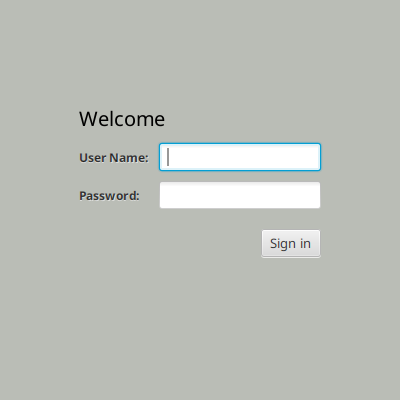
Repository: abdalimran/Java_Practices
Program's window: java JavaFX/01_JFX_Form/src/application/Main.java
The author's editor kept a copy of each file at every save. The program's window is drawn from the files as they stood at one save, then again after the next save.
It runs on Java 21 on a 1366 x 768 screen with JavaFX 11; the title bar is not drawn.

Above is the program's window before, as saved 2015-09-08 19:39:12.

### JavaFX/01_JFX_Form/src/application/Main.java
package application;

import javafx.application.Application;
import javafx.event.ActionEvent;
import javafx.event.EventHandler;
import javafx.geometry.Insets;
import javafx.geometry.Pos;
import javafx.stage.Stage;
import javafx.scene.Scene;
import javafx.scene.control.Button;
import javafx.scene.control.Label;
import javafx.scene.control.PasswordField;
import javafx.scene.control.TextField;
import javafx.scene.layout.GridPane;
import javafx.scene.layout.HBox;
import javafx.scene.paint.Color;
import javafx.scene.text.Font;
import javafx.scene.text.FontWeight;
import javafx.scene.text.Text;


public class Main extends Application
{
	@Override
	public void start(Stage primaryStage)
	{
		GridPane grid = new GridPane();
		grid.setAlignment(Pos.CENTER);
		grid.setHgap(10);
		grid.setVgap(10);
		grid.setPadding(new Insets(25, 25, 25, 25));

		Text scenetitle = new Text("Welcome");
		scenetitle.setFont(Font.font("Consolas", FontWeight.NORMAL, 20));
		grid.add(scenetitle, 0, 0, 2, 1);

		Label userName = new Label("User Name:");
		grid.add(userName, 0, 1);

		TextField userTextField = new TextField();
		grid.add(userTextField, 1, 1);

		Label pw = new Label("Password:");
		grid.add(pw, 0, 2);

		PasswordField pwBox = new PasswordField();
		grid.add(pwBox, 1, 2);

		Button btn = new Button("Sign in");
		HBox hbBtn = new HBox(10);
		hbBtn.setAlignment(Pos.BOTTOM_RIGHT);
		hbBtn.getChildren().add(btn);
		grid.add(hbBtn, 1, 4);

		final Text actiontarget = new Text();
        grid.add(actiontarget, 1, 6);

        btn.setOnAction(new EventHandler<ActionEvent>()
        {
            @Override
            public void handle(ActionEvent e) {
                actiontarget.setFill(Color.FIREBRICK);
                actiontarget.setText("Sign in button pressed");
            }
        });

		Scene scene = new Scene(grid, 400, 400);
		primaryStage.setScene(scene);

		primaryStage.setTitle("JFX Form");
		scene.getStylesheets().add(Main.class.getResource("application.css").toExternalForm());
		primaryStage.show();
	}

	public static void main(String[] args)
	{
		launch(args);
	}
}

### JavaFX/01_JFX_Form/src/application/application.css
/* JavaFX CSS - Leave this comment until you have at least create one rule which uses -fx-Property */
.root
{
     /*-fx-background-image: url("/res/background.png");*/
     -fx-background-color:rgb(186,189,182);

}

.label
{
    -fx-font-size: 12px;
    -fx-font-weight: bold;
    -fx-text-fill: #333333;
    -fx-effect: dropshadow( gaussian , rgba(255,255,255,0.5) , 0,0,0,1 );
}

#scenetitle
{
   -fx-font-size: 32px;
   -fx-font-family: "Arial Black";
   -fx-fill: #818181;
   -fx-effect: innershadow( three-pass-box , rgba(0,0,0,0.7) , 6, 0.0 , 0 , 2 );
}

After the next save:
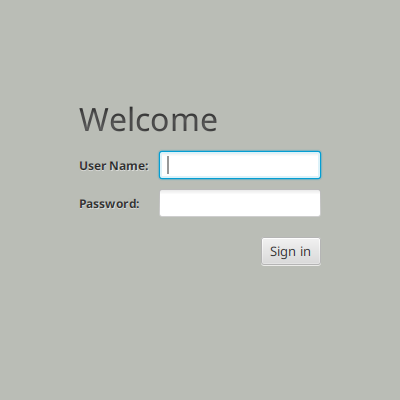
Saved 2 s later.
--- a/JavaFX/01_JFX_Form/src/application/Main.java
+++ b/JavaFX/01_JFX_Form/src/application/Main.java
@@ -32,6 +32,7 @@
 
 		Text scenetitle = new Text("Welcome");
 		scenetitle.setFont(Font.font("Consolas", FontWeight.NORMAL, 20));
+		scenetitle.setId("scenetitle");
 		grid.add(scenetitle, 0, 0, 2, 1);
 
 		Label userName = new Label("User Name:");
